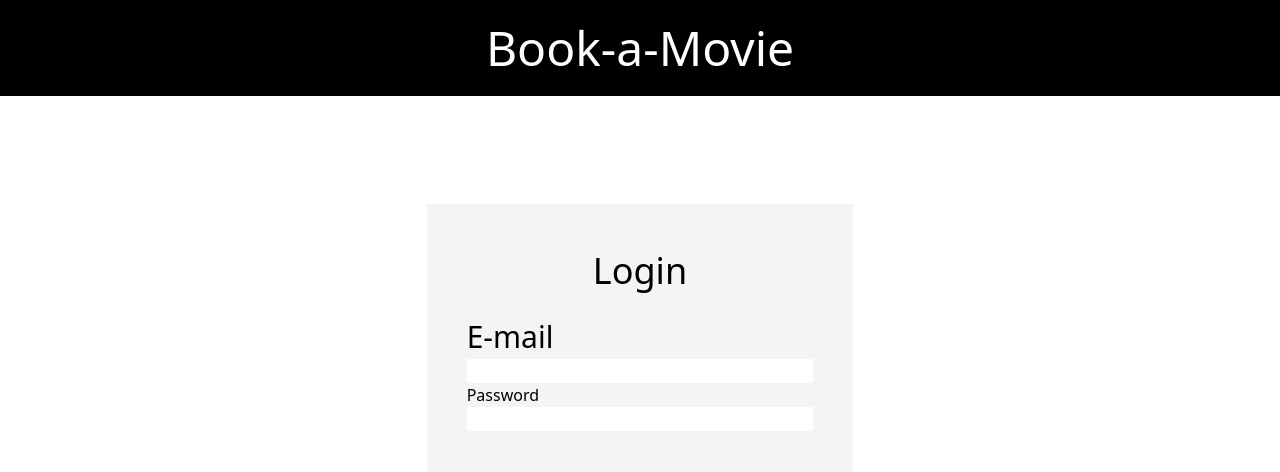
Repository: BhumilModi/movie-booking-app-assignment
Page: /
The author's editor kept a copy of each file at every save. The page is drawn from the files as they stood at one save, then again after the next save.
The browser window is 1280 px wide. The pictures show the whole page.
The project was rebuilt for these pictures with package versions that can differ from the ones it lists, and the page was loaded fresh each time. Also part of the build but not shown: src/App.css.

Above is the page before, as saved 2022-11-29 18:11:54.

After the next save:
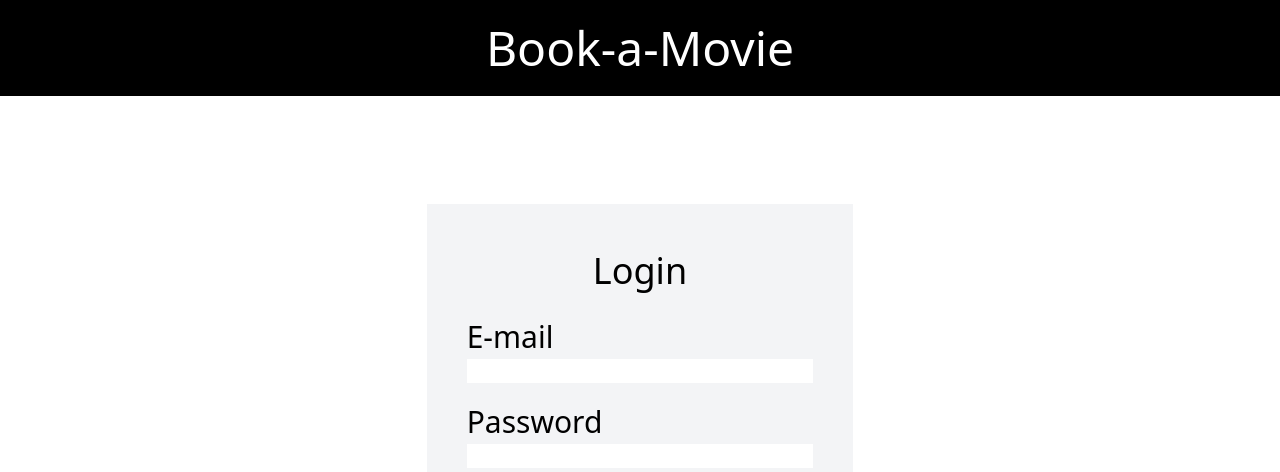
Saved 11 s later.
--- a/src/components/Login.jsx
+++ b/src/components/Login.jsx
@@ -9,7 +9,7 @@ function Login() {
         <div className="text-[36px] mx-auto">Login</div>
         <div className="text-[30px] mt-4">E-mail</div>
         <input type="text" />
-        <div>Password</div>
+        <div className="text-[30px] mt-4">Password</div>
         <input type="password" />
       </div>
     </div>
